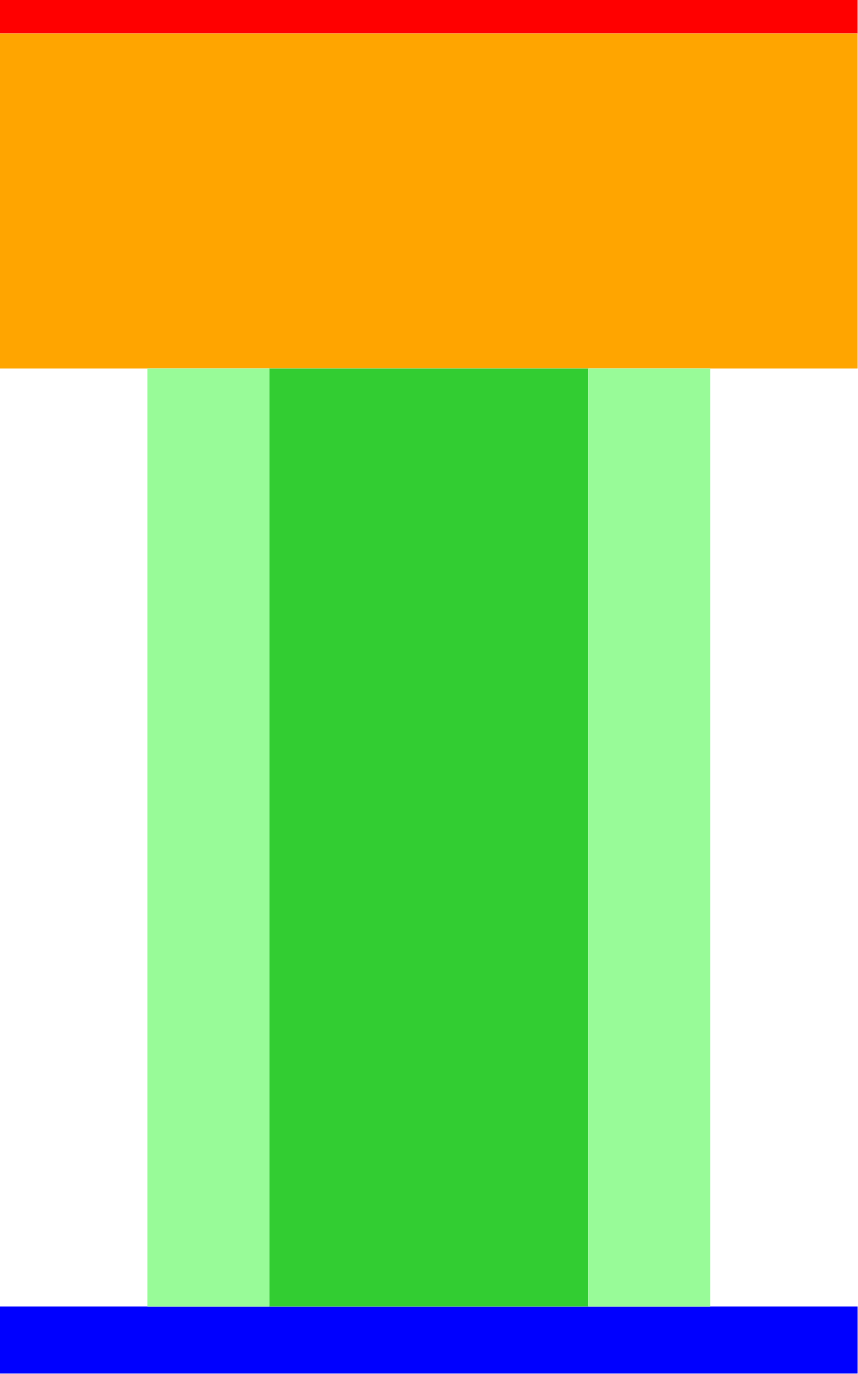
Repository: 39506KK/ALL
Page: caravan/chapter4.html
The author's editor kept a record of every edit. The page is drawn from the files as they stood at one moment, then again after the next edit.
The browser window is 1280 px wide. The pictures show the whole page, at 67% of full size.

Above is the page before.

### caravan/chapter4.html
<!DOCTYPE html>
<html lang="ja">

  <head>

    <meta charset="UTF-8" />
    <!-- CSSファイルの読み込み -->
    <link rel="stylesheet" href="chapter4.css" />
    <title> 4章演習問題</title>

  </head>

  <body>
    <!-- header用のdiv -->
    <div class="header">
    </div>

    <!-- main-visual用のdiv -->
    <div class="main-visual">
    </div>

    <!-- main用のdiv -->
    <div class="main">
      <div class="sidebar"></div>
      <div class="blog"></div>
      <div class="sidebar"></div>
    </div>

    <!-- footer用のdiv -->
    <div class="footer"></div>

  </body>





</html>

### caravan/chapter4.css
/* ブラウザがそれぞれ持っているCSSをリセットするための記述 */
* {
  margin: 0;
  padding: 0;
  box-sizing: border-box;
}

.header {
  width: 100%; /* 横幅いっぱい */
  height: 50px; /* 高さ50px */
  background-color: red; /* 背景色red */
}

.main-visual {
  width: 100%; /* 横幅いっぱい */
  height: 500px; /* 高さ500px */
  background-color: orange; /* 背景色orange */
}

.main {
  width: 840px; /* 横幅840px */
  /* background-color, heightの指定を解除 */

  display: flex; /* Flexboxの利用 */
  justify-content: center; /* 子要素の横並び・中央寄せ */
  margin: 0 auto; /* 中央寄せ(左右に余白がないとできない)　*/
}

.blog {
  width: 600px; /* 横幅600px */
  height: 1400px; /* 高さ1400px */
  background-color: limegreen; /* 背景色limegreen */
}

.sidebar {
  width: 230px; /* 横幅230px */
  height: 1400px; /* 高さ1400px */
  background-color: palegreen; /* 背景色palegreen */
}

.footer {
  width: 100%; /* 横幅いっぱい */
  height: 100px; /* 高さ100px */
  background-color: blue; /* 背景色blue */
}

After the next edit:
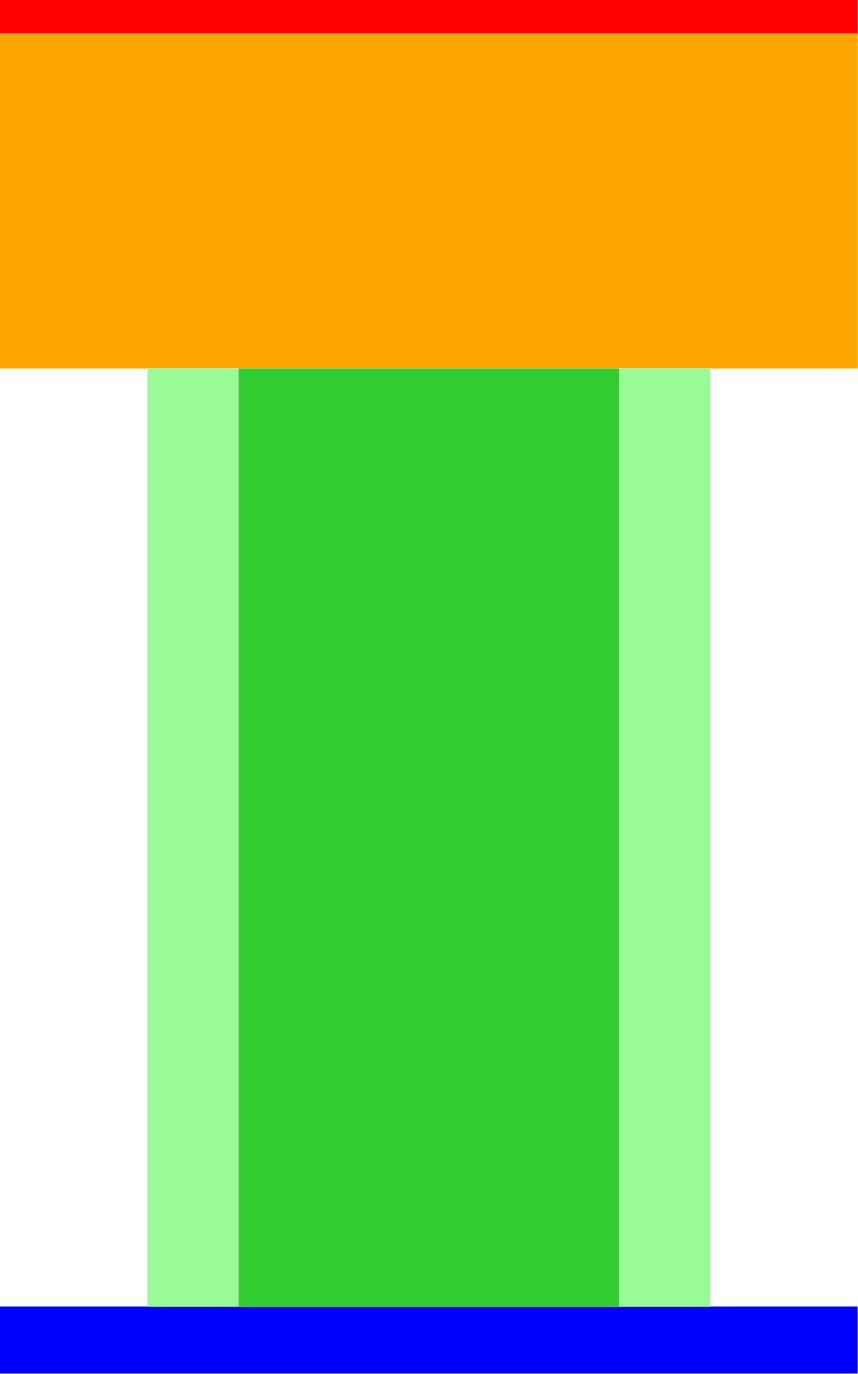
The edit:
--- a/caravan/chapter4.css
+++ b/caravan/chapter4.css
@@ -27,7 +27,7 @@
 }
 
 .blog {
-  width: 600px; /* 横幅600px */
+  width: 960px; /* 横幅960px */
   height: 1400px; /* 高さ1400px */
   background-color: limegreen; /* 背景色limegreen */
 }
